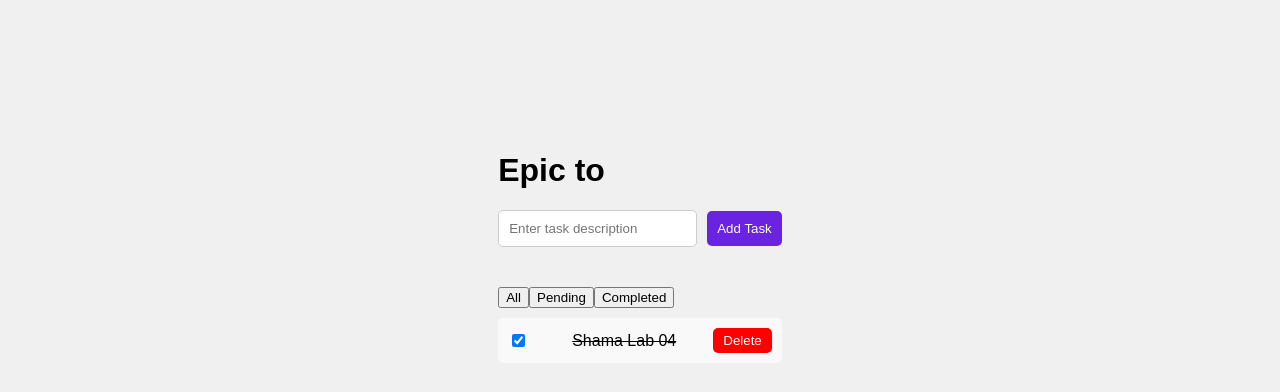
Repository: jgache/COMP-3170-0-Lab4
Page: /
An editor plug-in stored every save of this project. The page is shown before and after a run of saves, followed by the edit.
The browser window is 1280 px wide. The pictures show the whole page.
The project was rebuilt for these pictures with package versions that can differ from the ones it lists, and the page was loaded fresh each time. Also part of the build but not shown: vite.config.js.

Above is the page before, as saved 2024-10-29 22:26:40.

### index.html
<!doctype html>
<html lang="en">
  <head>
    <meta charset="UTF-8" />
    <link rel="icon" type="image/svg+xml" href="/vite.svg" />
    <meta name="viewport" content="width=device-width, initial-scale=1.0" />
    <title>Epic To-Do List</title>
  </head>
  <body>
    <div id="root"></div>
    <script type="module" src="/src/main.jsx"></script>
  </body>
</html>

### src/App.jsx
import { useState } from "react";
import TaskForm from "./components/TaskForm";
import TaskList from "./components/TaskList";
import "./index.css";
function App() {
  const [tasks, setTasks] = useState([
    { id: 1, description: "Shama Lab 04", completed: true },
  ]);

  const [filter, setFilter] = useState('All'); // New filter state for task view


  const addTask = (task) => {
      setTasks([...tasks, task]);
  };

  const toggleComplete = (taskId) => {
      setTasks(tasks.map(task =>
          task.id === taskId ? { ...task, completed: !task.completed } : task
      ));
  };

  const deleteTask = (taskId) => {
      setTasks(tasks.filter(task => task.id !== taskId));
  };

  // Filter tasks based on the selected filter type
  const getFilteredTasks = () => {
      if (filter === 'Completed') return tasks.filter(task => task.completed);
      if (filter === 'Pending') return tasks.filter(task => !task.completed);
      return tasks; // All tasks
  };

  return (
      <div className="app">
          <h1>Epic to</h1>
          <TaskForm addTask={addTask} />

          {/* Filter Buttons */}
          <div>
              <button onClick={() => setFilter('All')}>All</button>
              <button onClick={() => setFilter('Pending')}>Pending</button>
              <button onClick={() => setFilter('Completed')}>Completed</button>
          </div>

          {/* Pass filtered tasks to TaskList */}
          <TaskList
              tasks={getFilteredTasks()}
              toggleComplete={toggleComplete}
              deleteTask={deleteTask}
          />
      </div>
  );
}

export default App;

### src/index.css
body {
    margin: 0;
    height: 70vh;
    display: flex;
    justify-content: center;
    align-items: center;
    font-family: Arial, sans-serif;
    background-color: #f0f0f0;
}

.llama-image{
    width: 30%;
    margin-top: -3%;
    margin-bottom: 30px;
}

.app-container {
    text-align: center;
    padding: 20px;
    background-color: white;
    border-radius: 10px;
    max-width: 800px;
    width: 100%;
}

form input {
    padding: 10px;
    margin-right: 10px;
    border: 1px solid #ccc;
    border-radius: 5px;
    margin-bottom: 40px;
}

form button {
    padding: 10px;
    border: none;
    background-color: #6923e1;
    color: white;
    border-radius: 5px;
    cursor: pointer;
}

form button:hover {
    background-color: #8600b3;
}

.task {
    margin: 10px 0;
    padding: 10px;
    background-color: #f9f9f9;
    border-radius: 5px;
    display: flex;
    justify-content: space-between;
    align-items: center;
}

.task input {
    margin-right: 10px;
}

.task button {
    text-decoration: none;
    padding: 5px 10px;
    border: none;
    background-color: red;
    color: white;
    border-radius: 5px;
    cursor: pointer;
}

.task button:hover {
    background-color: darkred;
}

### src/components/TaskForm.jsx
import React, { useState } from 'react';

function TaskForm({ addTask }) {
    const [description, setDescription] = useState("");

    const handleSubmit = (e) => {
        e.preventDefault();
        if (description.trim()) {
            addTask({
                id: Date.now(), // unique ID for each task
                description,
                completed: false // default to incomplete
            });
            setDescription(""); // reset input
        }
    };

    return (
        <form onSubmit={handleSubmit}>
            <input
                type="text"
                value={description}
                onChange={(e) => setDescription(e.target.value)}
                placeholder="Enter task description"
            />
            <button type="submit">Add Task</button>
        </form>
    );
}

export default TaskForm;

### src/components/TaskList.jsx
import React from 'react';
import Task from './Task';

function TaskList({ tasks, toggleComplete, deleteTask }) {
    return (
        <div className="task-list">
            {tasks.length > 0 ? (
                tasks.map(task => (
                    <Task
                        key={task.id}
                        task={task}
                        toggleComplete={toggleComplete}
                        deleteTask={deleteTask}
                    />
                ))
            ) : (
                <p>No tasks available</p>
            )}
        </div>
    );
}

export default TaskList;

### src/components/Task.jsx
function Task({ task, toggleComplete, deleteTask }) {
    return (
        <div className="task">
            <input
                type="checkbox"
                checked={task.completed}
                onChange={() => toggleComplete(task.id)}
            />
            <span style={{ textDecoration: task.completed ? 'line-through' : 'none' }}>
                {task.description}
            </span>
            <button onClick={() => deleteTask(task.id)}>Delete</button>
        </div>
    );
}

export default Task;

Loaded but not shown: src/main.jsx (common file)

After the next 2 saves:
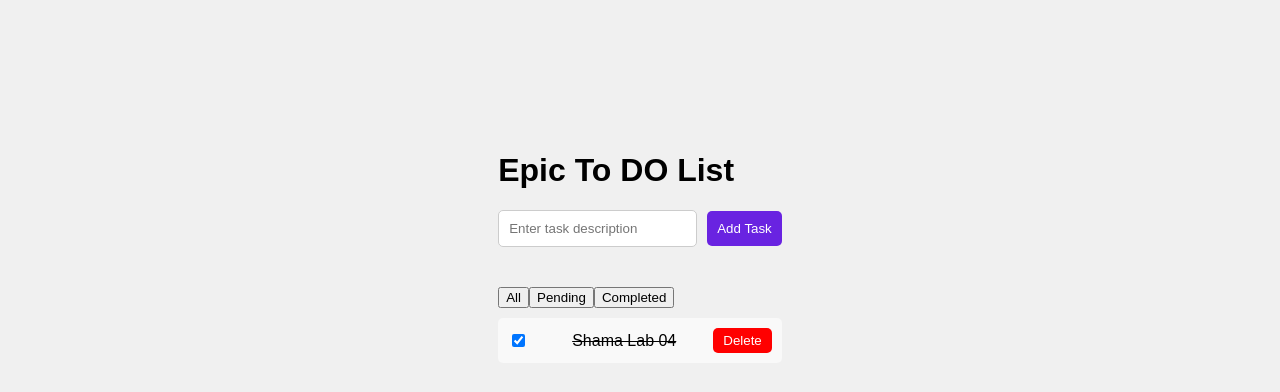
The 2 saves are shown as one change because they came seconds apart.
The last was saved 7 s later.
--- a/src/App.jsx
+++ b/src/App.jsx
@@ -33,7 +33,7 @@ function App() {
 
   return (
       <div className="app">
-          <h1>Epic to</h1>
+          <h1>Epic To DO List</h1>
           <TaskForm addTask={addTask} />
 
           {/* Filter Buttons */}
